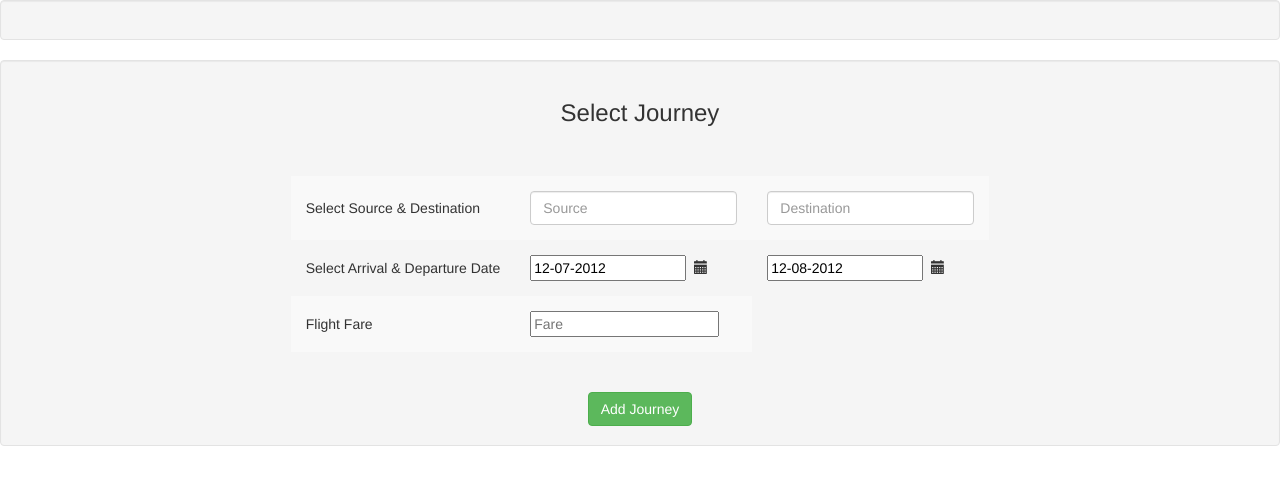
Repository: harshadrane89/CMPE273-WebService-AirlineManagement
Page: http://localhost/AirlineManagementSystemClient/TwitterGUI/AddJourney.jsp
These files come from the project's save history. The page is drawn as it stood at one moment and after the next save; the edit follows.
The browser window is 1280 px wide. The pictures show the whole page.
The page is served by Tomcat 9. Other server files are loaded and not shown.

Above is the page before, as saved 2013-12-07 22:12:06.

### 273_Project_Tomcat/AirlineManagementSystemClient/WebContent/TwitterGUI/AddJourney.jsp
<%@page import="com.airlinemgmt.beans.Journey"%>
<%@page import="com.airlinemgmt.beans.FlightDetails"%>
<%@ page language="java" contentType="text/html; charset=US-ASCII"
	pageEncoding="US-ASCII"%>
<!DOCTYPE html PUBLIC "-//W3C//DTD HTML 4.01 Transitional//EN" "http://www.w3.org/TR/html4/loose.dtd">
<html>
<head>
<meta http-equiv="Content-Type" content="text/html; charset=US-ASCII">
<title></title>
<link href="css/bootstrap.min.css" rel="stylesheet" media="screen">
<link href="css/datepicker.css" rel="stylesheet">
<link href="css/prettify.css" rel="stylesheet">
</head>
<body>

	<div class="well">
		<%
			if (session.getAttribute("newFlight") != null) {
				FlightDetails flight = (FlightDetails) session
						.getAttribute("newFlight");
		%>
		<br>

		<center>
			<h2>Flight Info</h2>
		</center>
		<br> <br>
		<h2>
			Airline -
			<%=flight.getAirlineName()%></h2>
		<br>
		<h3>
			Flight Number -<%=flight.getFlightNum()%></h3>
		<br> <br>
		<h4><%=flight.getSrc()%>
			--><%=flight.getDest()%>
		</h4>
		<br>
		<h4>
			Flight Date -
			<%=flight.getFlightDate()%>
		</h4>
		<br> <br> <br>
		<%
			if (flight.getJourneyInfo() != null) {
					Journey[] journey = flight.getJourneyInfo();
		%>
		<center>
			<table class="table-striped" width="800px" cellpadding="10px">
				<thead>
					<tr>
						<td>Source</td>
						<td>Destination</td>
						<td>Take - Off Date</td>
						<td>Landing Date</td>
						<td>Fare</td>
					</tr>
					<tr>
						<td><%=journey[0].getBoardingPoint()%></td>
						<td><%=journey[0].getDestinationPoint()%></td>
						<td><%=journey[0].getDepartureDate()%></td>
						<td><%=journey[0].getArrivalDate()%></td>
						<td><%=journey[0].getFare()%></td>
					</tr>
					<%
						for (int i = 1; i < journey.length; i++) {
					%>
					<tr>
						<td><%=journey[i].getBoardingPoint()%></td>
						<td><%=journey[i].getDestinationPoint()%></td>
						<td><%=journey[i].getDepartureDate()%></td>
						<td><%=journey[i].getArrivalDate()%></td>
						<td><%=journey[i].getFare()%></td>
						<td>
							<form action="../JournetProcessor" method="get">
								<input type="submit" value="Delete" name="<%=i%>" class="btn btn-danger">
							</form>
						</td>
					</tr>

					<%
						}
					%>

			</table>
		</center>


		<%
			}
			}
		%>


	</div>
	<form action="../JourneyProcessor" method="post" class="well">
		<center>




			<h3>Select Journey</h3>
			<br /> <br />


			<table cellpadding="15px" cellspacing="15px" class="table-striped">
				<tr>
					<td>Select Source & Destination</td>
					<td><input type="text" name="src" placeholder="Source" class="form-control"></td>
					<td><input type="text" name="dest" placeholder="Destination" class="form-control"></td>
				</tr>

				<tr>
					<td>Select Arrival & Departure Date</td>
					<td>
						<div class="input-append date input-group" id="dp1"
							data-date="12-07-2012" data-date-format="mm-dd-yyyy">
							<input class="span2" name="arrDate" size="16" type="text"
								value="12-07-2012" readonly> &nbsp;<span
								class="add-on glyphicon glyphicon-calendar"></span>
						</div>
					</td>
					<td>
						<div class="input-append date input-group" id="dp2"
							data-date="12-08-2012" data-date-format="mm-dd-yyyy">
							<input class="span2" name="deptDate" size="16" type="text"
								value="12-08-2012" readonly> &nbsp;<span
								class="add-on glyphicon glyphicon-calendar"></span>
						</div>
					</td>
				</tr>
				<tr>
					<td>Flight Fare</td>
					<td><input type="text" name="fare" placeholder="Fare"></td>

				</tr>


			</table>

			<br> <br> <input type="submit" class="btn btn-success"
				value="Add Journey">

		</center>


	</form>
	<script src="js/prettify.js"></script>
	<script src="js/jquery-1.9.1.js"></script>
	<script src="js/bootstrap-datepicker.js"></script>
	<script>
		$(function() {
			window.prettyPrint && prettyPrint();
			$('#dp1').datepicker();
			$('#dp2').datepicker();

			var checkin = $('#dpd1').datepicker({
				onRender : function(date) {
					return date.valueOf() < now.valueOf() ? 'disabled' : '';
				}
			}).on('changeDate', function(ev) {
				if (ev.date.valueOf() > checkout.date.valueOf()) {
					var newDate = new Date(ev.date)
					newDate.setDate(newDate.getDate() + 1);
					checkout.setValue(newDate);
				}
				checkin.hide();
				$('#dpd2')[0].focus();
			}).data('datepicker');
			var checkout = $('#dpd2')
					.datepicker(
							{
								onRender : function(date) {
									return date.valueOf() <= checkin.date
											.valueOf() ? 'disabled' : '';
								}
							}).on('changeDate', function(ev) {
						checkout.hide();
					}).data('datepicker');
		});
	</script>
	<script src="http://www.google-analytics.com/urchin.js"
		type="text/javascript">

	</script>
</body>
</html>

### 273_Project_Tomcat/AirlineManagementSystemClient/WebContent/css/datepicker.css
/*!
 * Datepicker for Bootstrap
 *
 * Copyright 2012 Stefan Petre
 * Licensed under the Apache License v2.0
 * http://www.apache.org/licenses/LICENSE-2.0
 *
 */
.datepicker {
  top: 0;
  left: 0;
  padding: 4px;
  margin-top: 1px;
  -webkit-border-radius: 4px;
  -moz-border-radius: 4px;
  border-radius: 4px;
  /*.dow {
    border-top: 1px solid #ddd !important;
  }*/

}
.datepicker:before {
  content: '';
  display: inline-block;
  border-left: 7px solid transparent;
  border-right: 7px solid transparent;
  border-bottom: 7px solid #ccc;
  border-bottom-color: rgba(0, 0, 0, 0.2);
  position: absolute;
  top: -7px;
  left: 6px;
}
.datepicker:after {
  content: '';
  display: inline-block;
  border-left: 6px solid transparent;
  border-right: 6px solid transparent;
  border-bottom: 6px solid #ffffff;
  position: absolute;
  top: -6px;
  left: 7px;
}
.datepicker > div {
  display: none;
}
.datepicker table {
  width: 100%;
  margin: 0;
}
.datepicker td,
.datepicker th {
  text-align: center;
  width: 20px;
  height: 20px;
  -webkit-border-radius: 4px;
  -moz-border-radius: 4px;
  border-radius: 4px;
}
.datepicker td.day:hover {
  background: #eeeeee;
  cursor: pointer;
}
.datepicker td.day.disabled {
  color: #eeeeee;
}
.datepicker td.old,
.datepicker td.new {
  color: #999999;
}
.datepicker td.active,
.datepicker td.active:hover {
  color: #ffffff;
  background-color: #006dcc;
  background-image: -moz-linear-gradient(top, #0088cc, #0044cc);
  background-image: -webkit-gradient(linear, 0 0, 0 100%, from(#0088cc), to(#0044cc));
  background-image: -webkit-linear-gradient(top, #0088cc, #0044cc);
  background-image: -o-linear-gradient(top, #0088cc, #0044cc);
  background-image: linear-gradient(to bottom, #0088cc, #0044cc);
  background-repeat: repeat-x;
  filter: progid:DXImageTransform.Microsoft.gradient(startColorstr='#ff0088cc', endColorstr='#ff0044cc', GradientType=0);
  border-color: #0044cc #0044cc #002a80;
  border-color: rgba(0, 0, 0, 0.1) rgba(0, 0, 0, 0.1) rgba(0, 0, 0, 0.25);
  *background-color: #0044cc;
  /* Darken IE7 buttons by default so they stand out more given they won't have borders */

  filter: progid:DXImageTransform.Microsoft.gradient(enabled = false);
  color: #fff;
  text-shadow: 0 -1px 0 rgba(0, 0, 0, 0.25);
}
.datepicker td.active:hover,
.datepicker td.active:hover:hover,
.datepicker td.active:focus,
.datepicker td.active:hover:focus,
.datepicker td.active:active,
.datepicker td.active:hover:active,
.datepicker td.active.active,
.datepicker td.active:hover.active,
.datepicker td.active.disabled,
.datepicker td.active:hover.disabled,
.datepicker td.active[disabled],
.datepicker td.active:hover[disabled] {
  color: #ffffff;
  background-color: #0044cc;
  *background-color: #003bb3;
}
.datepicker td.active:active,
.datepicker td.active:hover:active,
.datepicker td.active.active,
.datepicker td.active:hover.active {
  background-color: #003399 \9;
}
.datepicker td span {
  display: block;
  width: 47px;
  height: 54px;
  line-height: 54px;
  float: left;
  margin: 2px;
  cursor: pointer;
  -webkit-border-radius: 4px;
  -moz-border-radius: 4px;
  border-radius: 4px;
}
.datepicker td span:hover {
  background: #eeeeee;
}
.datepicker td span.active {
  color: #ffffff;
  background-color: #006dcc;
  background-image: -moz-linear-gradient(top, #0088cc, #0044cc);
  background-image: -webkit-gradient(linear, 0 0, 0 100%, from(#0088cc), to(#0044cc));
  background-image: -webkit-linear-gradient(top, #0088cc, #0044cc);
  background-image: -o-linear-gradient(top, #0088cc, #0044cc);
  background-image: linear-gradient(to bottom, #0088cc, #0044cc);
  background-repeat: repeat-x;
  filter: progid:DXImageTransform.Microsoft.gradient(startColorstr='#ff0088cc', endColorstr='#ff0044cc', GradientType=0);
  border-color: #0044cc #0044cc #002a80;
  border-color: rgba(0, 0, 0, 0.1) rgba(0, 0, 0, 0.1) rgba(0, 0, 0, 0.25);
  *background-color: #0044cc;
  /* Darken IE7 buttons by default so they stand out more given they won't have borders */

  filter: progid:DXImageTransform.Microsoft.gradient(enabled = false);
  color: #fff;
  text-shadow: 0 -1px 0 rgba(0, 0, 0, 0.25);
}
.datepicker td span.active:hover,
.datepicker td span.active:focus,
.datepicker td span.active:active,
.datepicker td span.active.active,
.datepicker td span.active.disabled,
.datepicker td span.active[disabled] {
  color: #ffffff;
  background-color: #0044cc;
  *background-color: #003bb3;
}
.datepicker td span.active:active,
.datepicker td span.active.active {
  background-color: #003399 \9;
}
.datepicker td span.old {
  color: #999999;
}
.datepicker th.switch {
  width: 145px;
}
.datepicker th.next,
.datepicker th.prev {
  font-size: 21px;
}
.datepicker thead tr:first-child th {
  cursor: pointer;
}
.datepicker thead tr:first-child th:hover {
  background: #eeeeee;
}
.input-append.date .add-on i,
.input-prepend.date .add-on i {
  display: block;
  cursor: pointer;
  width: 16px;
  height: 16px;
}

Loaded but not shown: 273_Project_Tomcat/AirlineManagementSystemClient/WebContent/css/bootstrap.min.css (library); 273_Project_Tomcat/AirlineManagementSystemClient/WebContent/css/prettify.css (common file); 273_Project_Tomcat/AirlineManagementSystemClient/WebContent/js/prettify.js (library); 273_Project_Tomcat/AirlineManagementSystemClient/WebContent/js/jquery-1.9.1.js (library); 273_Project_Tomcat/AirlineManagementSystemClient/WebContent/js/bootstrap-datepicker.js (library)

After the next save:
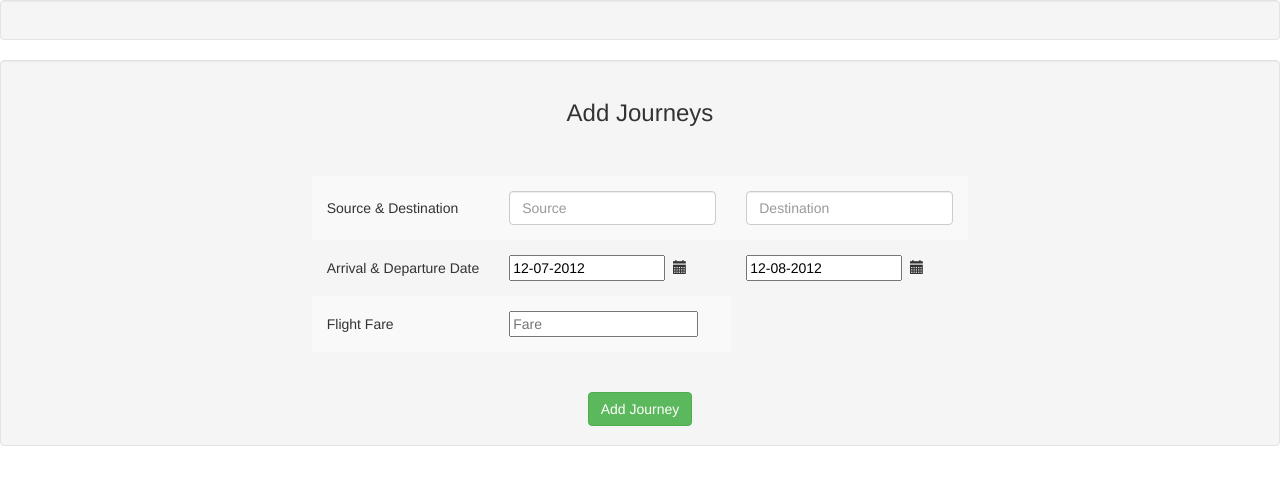
Saved 58 s later.
--- a/273_Project_Tomcat/AirlineManagementSystemClient/WebContent/TwitterGUI/AddJourney.jsp
+++ b/273_Project_Tomcat/AirlineManagementSystemClient/WebContent/TwitterGUI/AddJourney.jsp
@@ -99,19 +99,19 @@
 
 
 
-			<h3>Select Journey</h3>
+			<h3>Add Journeys</h3>
 			<br /> <br />
 
 
 			<table cellpadding="15px" cellspacing="15px" class="table-striped">
 				<tr>
-					<td>Select Source & Destination</td>
+					<td> Source & Destination</td>
 					<td><input type="text" name="src" placeholder="Source" class="form-control"></td>
 					<td><input type="text" name="dest" placeholder="Destination" class="form-control"></td>
 				</tr>
 
 				<tr>
-					<td>Select Arrival & Departure Date</td>
+					<td> Arrival & Departure Date</td>
 					<td>
 						<div class="input-append date input-group" id="dp1"
 							data-date="12-07-2012" data-date-format="mm-dd-yyyy">
